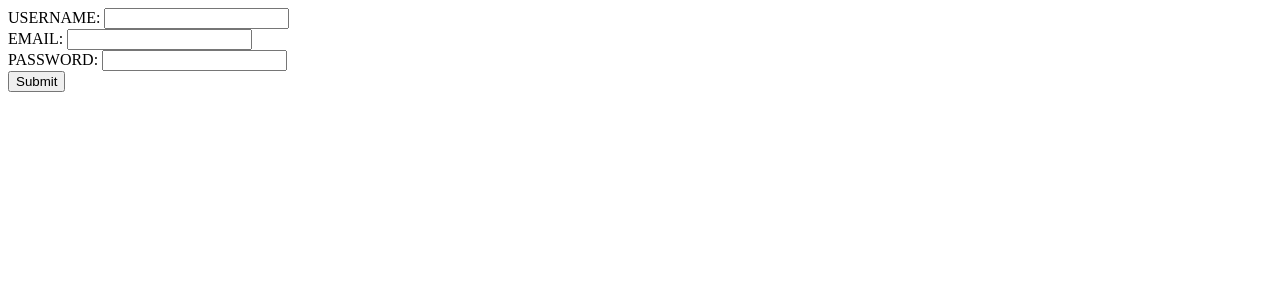
Repository: Ranjithamshivamatta/Java
Page: LoginRegister/WebContent/login.html
These files come from the project's save history. The page is drawn as it stood at one moment and after the next save; the edit follows.
The browser window is 1280 px wide. The pictures show the whole page.

Above is the page before, as saved 2019-04-25 07:01:01.

### LoginRegister/WebContent/login.html
<!DOCTYPE html>
<html>
<head>
<meta charset="UTF-8">
<title>Welcome to login page</title>
</head>

<body>

<form action="LoginRegister" method="post">
	USERNAME: <input type="text" name="USERNAME" /> <br>
	EMAIL: <input type="email" name="EMAIL" /><br>
	PASSWORD: <input type="password" name="PASSWORD" /> <br>
	 <input type="submit" value="Submit" />
</form>
</body>
</html>

After the next save:
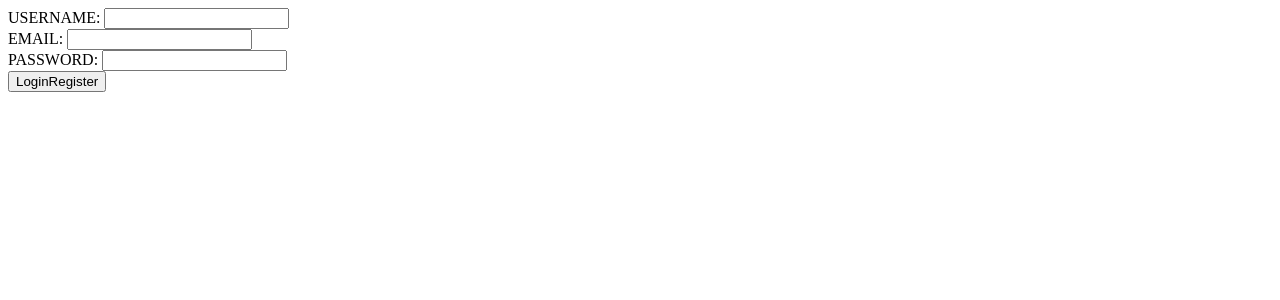
Saved 2 min 3 s later.
--- a/LoginRegister/WebContent/login.html
+++ b/LoginRegister/WebContent/login.html
@@ -11,7 +11,7 @@
 	USERNAME: <input type="text" name="USERNAME" /> <br>
 	EMAIL: <input type="email" name="EMAIL" /><br>
 	PASSWORD: <input type="password" name="PASSWORD" /> <br>
-	 <input type="submit" value="Submit" />
+	 <input type="submit" value="LoginRegister" />
 </form>
 </body>
 </html>
